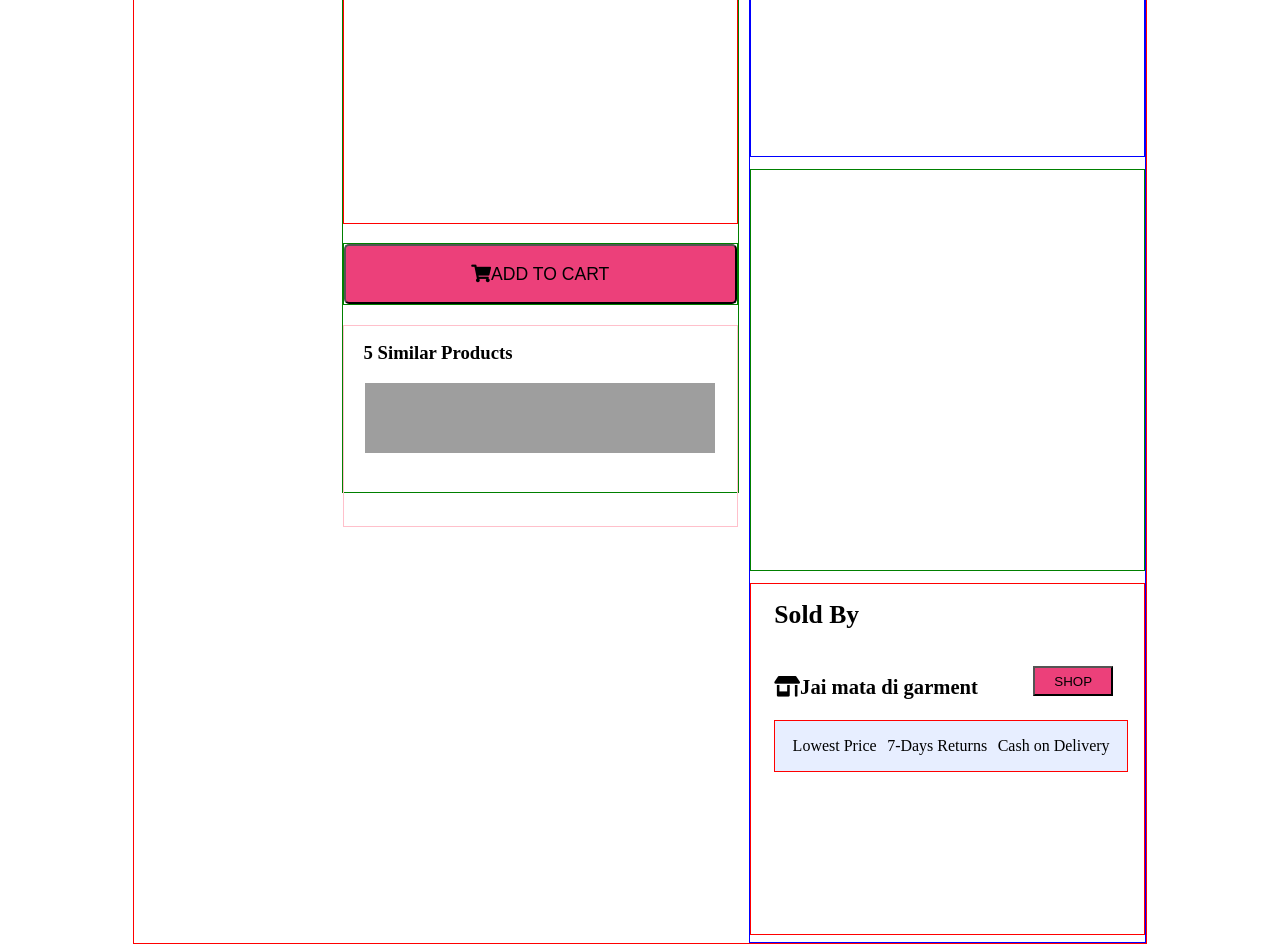
Repository: deepakxxxx/meesho
Page: catelog.html
An editor plug-in stored every save of this project. The page is shown before and after a run of saves, followed by the edit.
The browser window is 1280 px wide. The pictures show the part of the page from y = 419 to 1371 px (the page is 1371 px tall).
Pictures or frames that could not be fetched are drawn as grey boxes. A picture or video elsewhere on the page could not be fetched, so the positions and the page height are approximate.

Above is the page before, as saved 2021-11-06 17:51:30.

### catelog.html
<!DOCTYPE html>
<html lang="en">
<head>
    <meta charset="UTF-8">
    <meta http-equiv="X-UA-Compatible" content="IE=edge">
    <meta name="viewport" content="width=device-width, initial-scale=1.0">
    <link rel="stylesheet" href="https://use.fontawesome.com/releases/v5.15.4/css/all.css" integrity="sha384-DyZ88mC6Up2uqS4h/KRgHuoeGwBcD4Ng9SiP4dIRy0EXTlnuz47vAwmeGwVChigm" crossorigin="anonymous">
    <title>Document</title>
</head>
<style>
      #main{
        width: 100%;
        height: 136px;
        border: 1px solid white;
        margin: auto;
        /* position: fixed; */
    }
    #top{
        width: 100%;
        height: 70px;
        /* border: 1px solid red; */
        display: flex;

    }
    #left{
        display: flex;
        width: 55%;
    }
    #meesho{
      text-decoration: none;
      font-size: 50px;
      color: #F06292;
      font-weight: bold;
      margin-left: 25%;
      margin-top: 1%;
      /* margin-right: 0px; */
    }
    #search{
        /* margin-left: 30%; */
        height: 60px;
        width: 400px;
        border-radius: 6px;
        margin-top: 1%;
        /* margin-left: 0px; */
        border: 1px solid #BDBDBD;
        font-size: 90%;
        /* margin-right: 60%; */
    }
    #right{
        display: flex;
        list-style-type: none;
        column-gap: 30px;

    }
    #rightmain{
        width: 45%;
        margin-right: 6%;
        /* margin-top: 9px; */
    }
    #app{
        text-decoration: none;
        margin-left: 10px;
        margin-top: 9px;
        font-size: 103%;
        color: black;
    }
    #supp{
        text-decoration: none;
        margin-top: 9px;
        font-size: 103%;
        color: black;
    }
    #profile{
        text-decoration: none;
        font-size: 103%;
        color: black;
    }
    #cart{
        text-decoration: none;
        font-size: 103%;
        color: black;
    }
    #app:hover{
        color: #EC407A;
        text-decoration: underline;
    }
    #profile:hover{
        color: #EC407A;
        text-decoration: underline;
    }
    .line1{
        height: 30px;
    }
    .line2{
        color: #BDBDBD;
    }
    #heading
    {
        width: 73%;
        margin:  5% auto auto auto ;
        display: grid;
        grid-template-columns: 23% 54% 23%;
        padding: 1%;
        position: sticky;
    }
    #topic{
        margin-top:-15px;
        text-align: center;
    }
    #collection{
        display: flex;
        margin-left: 2%;
        list-style-type: none;
        font-size: 105%;
        column-gap: 63px;

    }
    ul > a{
        text-decoration: none;
        color: black;
    }
    ul > a :hover{
        color: #EC407A;
        /* text-decoration: underline; */
    }
    #container{
        width: 80%;
        border: 1px solid red;
        margin: auto;
        display: flex;
        margin-top: 1%;
        column-gap: 1%;
    }
    #smallImg{
        width: 20%;
        /* border: 1px solid blue; */
        height: 300px;
    }
    #bigImg{
        width: 40%;
        border: 1px solid green;
        height: 750px;
    }
    #descr{
        width: 40%;
        border: 1px solid blue;
        height: 1200px;
    }
    .product_sneek_peek{
        width: 70px;
        height: 70px;
        border: 1px solid red;
        margin-left: 69%;
        border-radius: 5px;
    }
    #imgDi{
        width: 99.5%;
        height: 480px;
        border: 1px solid red;
    }
    #addto{
        width: 99.5%;
        height: 60px;
        border: 1px solid green;
        margin-top: 5%;
    }
    #addto > button{
        width: 100%;
        height: 100%;
        background-color: #EC407A;
        font-size: 110%;
        border-radius: 5px;
    }
    #similar{
        width: 99.5%;
        height: 200px;
        border: 1px solid pink;
        margin-top: 5%;
    }
    #deta{
        width: 99.5%;
        height: 200px;
        border: 1px solid red;
    }
    #sizes{
        width: 99.5%;
        height: 200px;
        border: 1px solid blue;
        margin-top: 3%;
    }
    #infor{
        width: 99.5%;
        height: 400px;
        border: 1px solid green;
        margin-top: 3%;
    }
    #deler{
        width: 99.5%;
        height: 350px;
        border: 1px solid red;
        margin-top: 3%;
    }
    #similar > h3{
        margin-left: 5%;
        margin-top: 4%;
    }
    #simimg{
        display: flex;
        justify-content: center;
    }
    #simimg > img{
        width: 70px;
        height: 70px;
    }
    #deler > h3{
        margin-top: 4%;
        margin-left: 6%;
        font-size: 160%;
    }
    #sho{
        display: flex;
        margin-left: 6%;
        column-gap: 15%;
        font-size: 110%;
    }
    #sho > button{
        width: 80px;
        height: 30px;
        margin-top: 3%;
        background-color: #EC407A;
    }
    #sho1{
        display: flex;
        margin-left: 6%;
        column-gap: 3%;
        border: 1px solid red;
        justify-content: center;
        margin-right: 4%;
        background-color: #e7eeff;
    }
</style>
<body>
    <div id="main">

        <div id="top">
            <div id="left">
             <span><a href="" id="meesho"><img src="https://cdn.hevodata.com/customer/logo/8c76f62bd88177a78bb6e2810a244446.png" alt="" rel = "icon" width="40%"></span></a>
             <span><input type="search" id="search" placeholder="Try Saree,Kurti or Search by Product Code"> </span>
            </div>
            <div id="rightmain">
                <ul id="right">
                    <div id="app">
                      <li><a href="" id="app"><i class="fas fa-mobile-alt"></i></a><a href="" id="app">Download App</a></li>

                    </div>
                    <hr class="line1">
                    <div id="supp">
                      <li><a href="" id="supp">Become a Supplier</a></li>

                    </div>
                    <hr class="line1">
                    <div>
                       <a href="" id="profile"><i class="far fa-user"></i></a>
                      <li><a href="" id="profile">Profile</a></li>
                    </div>

                    <hr class="line1">
                    <div>
                      <a href="" id="cart"><i class="fas fa-shopping-cart"></i></a>
                      <li><a href="" id="cart">Cart</a></li></li>
                    </div>

                </ul>
            </div>
        </div>

        <hr class="line2">
        <div id="secondLine">
        <ul id="collection">
            <a href="" class="same"><li>Women Ethnic</li></a>

            <a href="" class="same"><li>Women Western</li></a>

            <a href="" class="same"><li>Jewellery & Accessories</li></a>
            <a href="" class="same"><li>Men</li></a>
            <a href="" class="same"><li>Beauty & Health</li></a>
            <a href="" class="same"><li>Bags & Footwear</li></a>
            <a href="" class="same"><li>Home & Kitchen</li></a>
            <a href="" class="same"><li>Kids</li></a>
            <a href="" class="same"><li>Electronics</li></a>
        </ul>
      </div>
      <hr class="line2">
    </div>

    <div id="container">
        <div id="smallImg">
            <div class="product_sneek_peek">

            </div>
        </div>
        <div id="bigImg">
            <div id="imgDi">

            </div>
            <div id="addto">
                <button><i class="fas fa-shopping-cart"></i>ADD TO CART</button>
            </div>
            <div id="similar">
            <h3>5 Similar Products</h3>
            <div id="simimg">
                <img src="https://images.meesho.com/images/products/59272960/fddtp_512.jpg"/>
                <img src="https://images.meesho.com/images/products/59272964/a4l8y_512.jpg"/>
                <img src="https://images.meesho.com/images/products/59272962/azz7k_512.jpg"/>
                <img src="https://images.meesho.com/images/products/59272963/a5qjv_512.jpg"/>
                <img src="https://images.meesho.com/images/products/59272961/mx9tt_512.jpg"/>
            </div>
            </div>
        </div>
        <div id="descr">
            <div id="deta"></div>
            <div id="sizes"></div>
            <div id="infor"></div>
            <div id="deler">
                <h3>Sold By</h3>
                <div id="sho">
                    <h3><i class="fas fa-store-alt"></i>Jai mata di garment</h3>
                    <button>SHOP</button>
                </div>
                <div id="sho1">
                <p>Lowest Price</p>
                <p>7-Days Returns</p>
                <p>Cash on Delivery</p>
                </div>

            </div>
        </div>
    </div>
</body>
</html>

After the next 2 saves:
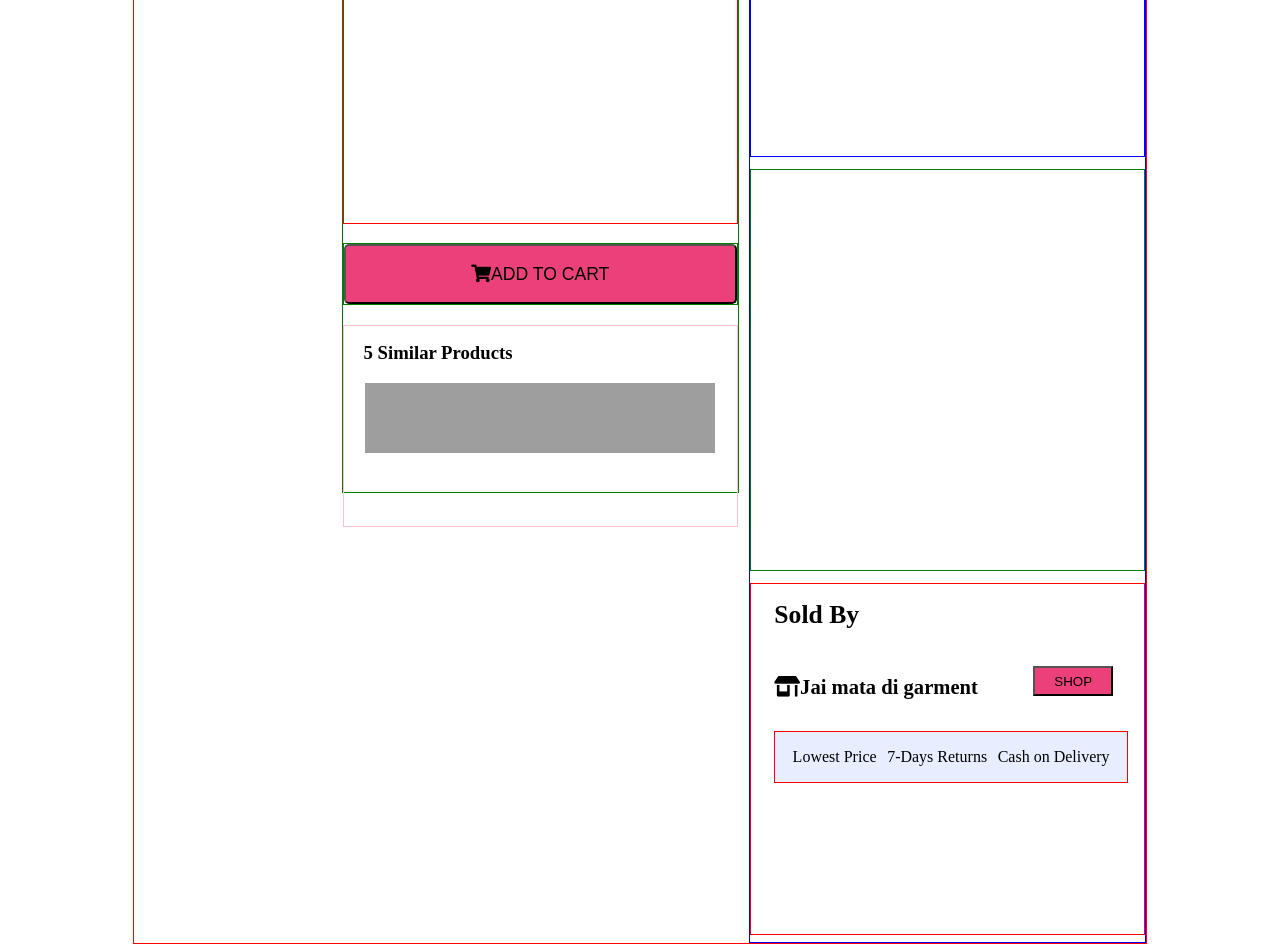
The 2 saves are shown as one change because they came seconds apart.
The last was saved 12 s later.
--- a/catelog.html
+++ b/catelog.html
@@ -237,6 +237,7 @@
         justify-content: center;
         margin-right: 4%;
         background-color: #e7eeff;
+        margin-top: 3%;
     }
 </style>
 <body>
